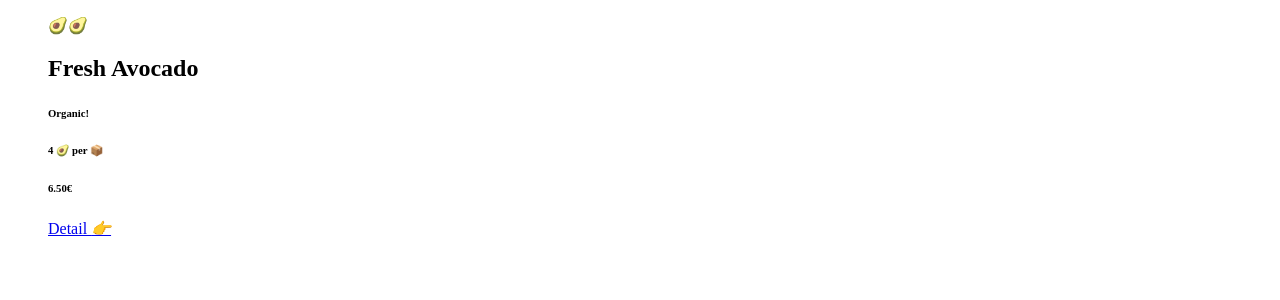
Repository: TranMinhMan040702/nodeJS_UDM
Page: templates/template-card.html
The author's editor kept a copy of each file at every save. The page is drawn from the files as they stood at one save, then again after the next save.
The browser window is 1280 px wide. The pictures show the whole page.

Above is the page before, as saved 2022-09-16 19:56:46.

After the next save:
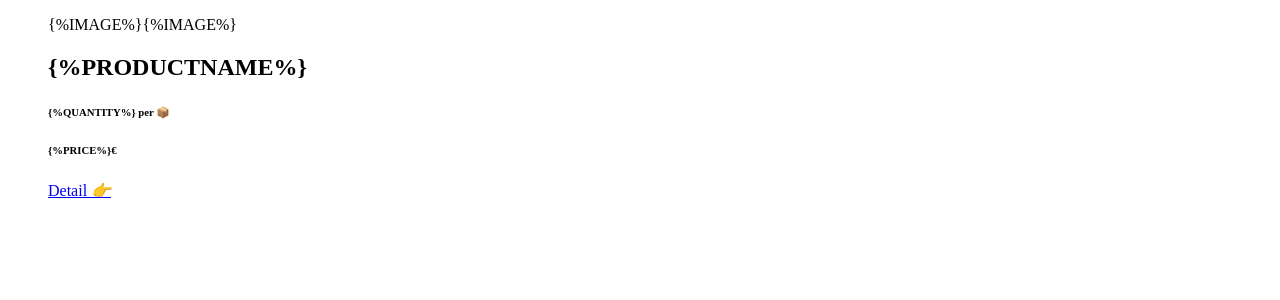
Saved 3 min 14 s later.
--- a/templates/template-card.html
+++ b/templates/template-card.html
@@ -1,21 +1,16 @@
 <figure class="card">
-    <div class="card__emoji">🥑🥑</div>
+    <div class="card__emoji">{%IMAGE%}{%IMAGE%}</div>
 
     <div class="card__title-box">
-        <h2 class="card__title">Fresh Avocado</h2>
+        <h2 class="card__title">{%PRODUCTNAME%}</h2>
     </div>
 
-    <div class="card__details">
-        <div class="card__detail-box">
-            <h6 class="card__detail card__detail--organic">Organic!</h6>
+        <div class="card__detail-box {%NOT_ORGANIC%}">
+            <h6 class="card__detail">{%QUANTITY%} per 📦</h6>
         </div>
 
         <div class="card__detail-box">
-            <h6 class="card__detail">4 🥑 per 📦</h6>
-        </div>
-
-        <div class="card__detail-box">
-            <h6 class="card__detail card__detail--price">6.50€</h6>
+            <h6 class="card__detail card__detail--price">{%PRICE%}€</h6>
         </div>
     </div>
 
